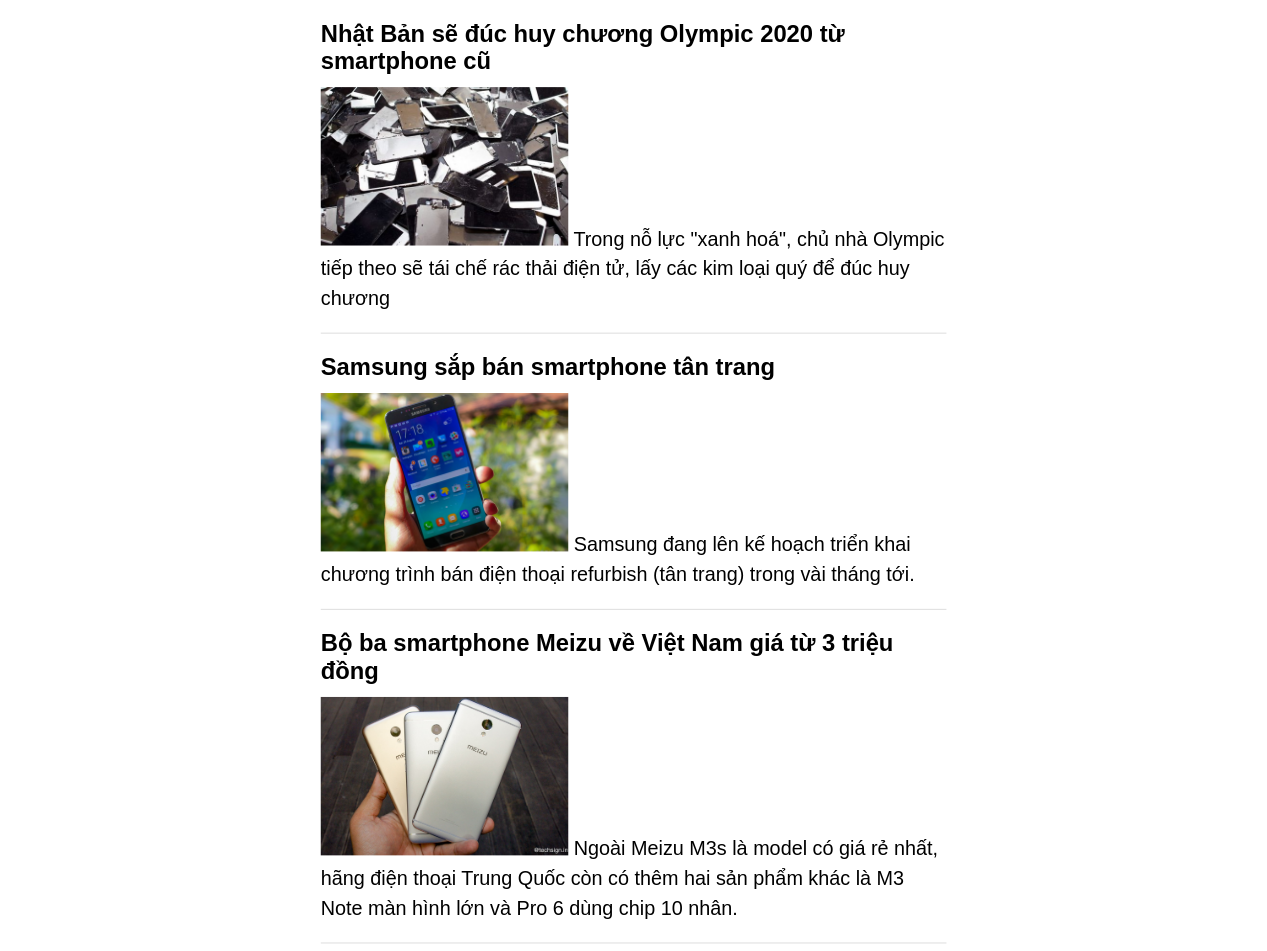
Repository: tuiladev/TKW
Page: CSS/Bai2/index.html
An editor plug-in stored every save of this project. The page is shown before and after the next save, followed by the edit.
The browser window is 1280 px wide. The pictures show the whole page, at 99% of full size.

Above is the page before, as saved 2022-04-05 21:25:46.

### CSS/Bai2/index.html
<!DOCTYPE html>
<html lang="en">
   <head>
      <meta charset="UTF-8" />
      <title>21115053120156 - Dang Van Trung</title>
      <link rel="stylesheet" href="./style.css" />
   </head>
   <body>
      <div class="new">
         <h2 class="new__title">Nhật Bản sẽ đúc huy chương Olympic 2020 từ smartphone cũ</h2>
         <p class="new__desc">
            <img src="./images/anh1.jpg" alt="" class="new__img" />
            Trong nỗ lực "xanh hoá", chủ nhà Olympic tiếp theo sẽ tái chế rác thải điện tử, lấy các
            kim loại quý để đúc huy chương
         </p>
      </div>
      <div class="new">
         <h2 class="new__title">Samsung sắp bán smartphone tân trang</h2>
         <p class="new__desc">
            <img src="./images/anh2.jpg" alt="" class="new__img" />
            Samsung đang lên kế hoạch triển khai chương trình bán điện thoại refurbish (tân trang)
            trong vài tháng tới.
         </p>
      </div>
      <div class="new">
         <h2 class="new__title">Bộ ba smartphone Meizu về Việt Nam giá từ 3 triệu đồng</h2>
         <p class="new__desc">
            <img src="./images/anh3.jpg" alt="" class="new__img" />
            Ngoài Meizu M3s là model có giá rẻ nhất, hãng điện thoại Trung Quốc còn có thêm hai sản
            phẩm khác là M3 Note màn hình lớn và Pro 6 dùng chip 10 nhân.
         </p>
      </div>
   </body>
</html>

### CSS/Bai2/style.css
body {
   font-family: sans-serif;
}
.new {
   width: 50%;
   margin: 0 auto;
   padding-bottom: 20px;
   border-bottom: 1px solid #ddd;
}
.new__title {
   font-size: 24px;
   margin-bottom: 12px;
}
.new__img {
   width: 250px;
   height: 160px;
   object-fit: cover;
   text-align: left;
}
.new__desc {
   font-size: 20px;
   line-height: 1.5;
   margin: 0;
}

After the next save:
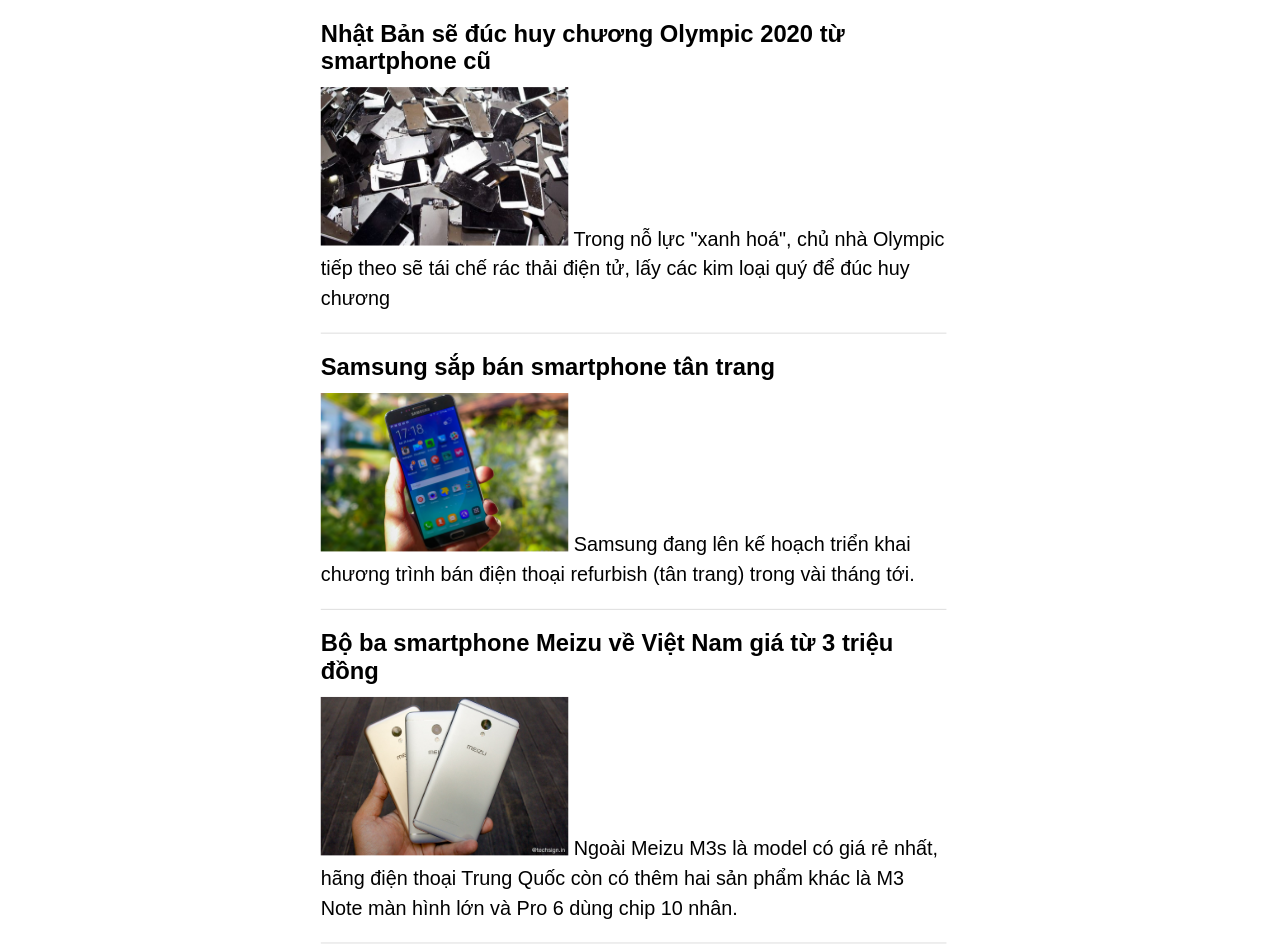
Saved 22 s later.
--- a/CSS/Bai2/style.css
+++ b/CSS/Bai2/style.css
@@ -14,8 +14,6 @@
 .new__img {
    width: 250px;
    height: 160px;
-   object-fit: cover;
-   text-align: left;
 }
 .new__desc {
    font-size: 20px;

After the save that followed:
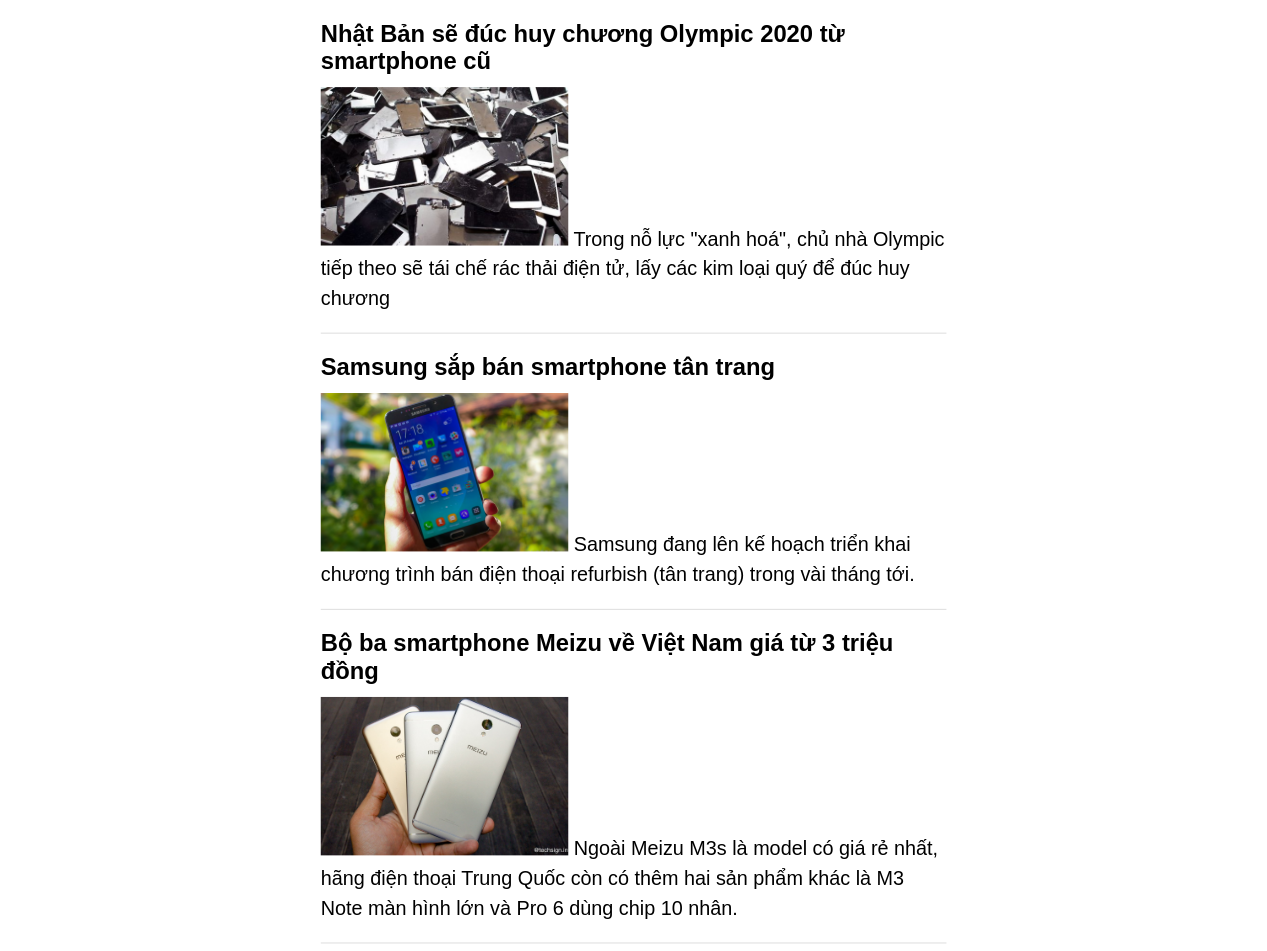
Saved 11 s later.
--- a/CSS/Bai2/style.css
+++ b/CSS/Bai2/style.css
@@ -14,6 +14,7 @@
 .new__img {
    width: 250px;
    height: 160px;
+   object-fit: cover;
 }
 .new__desc {
    font-size: 20px;
